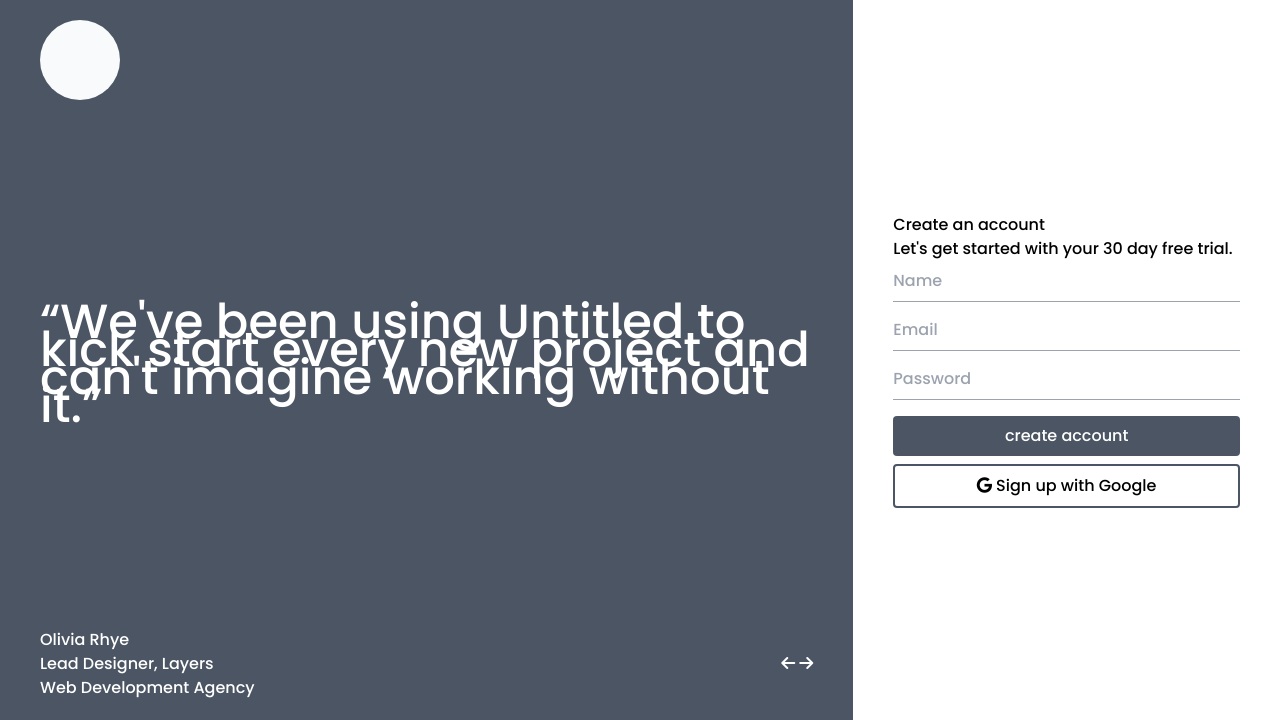
Repository: debthebuilder/youtube-html-contact-form-tailwindcss
Page: contact.html
These files come from the project's save history. The page is drawn as it stood at one moment and after the next save; the edit follows.
The browser window is 1280 px wide. The pictures show the whole page.
Some web libraries are served in a nearby version.

Above is the page before, as saved 2022-08-03 05:54:55.

After the next save:
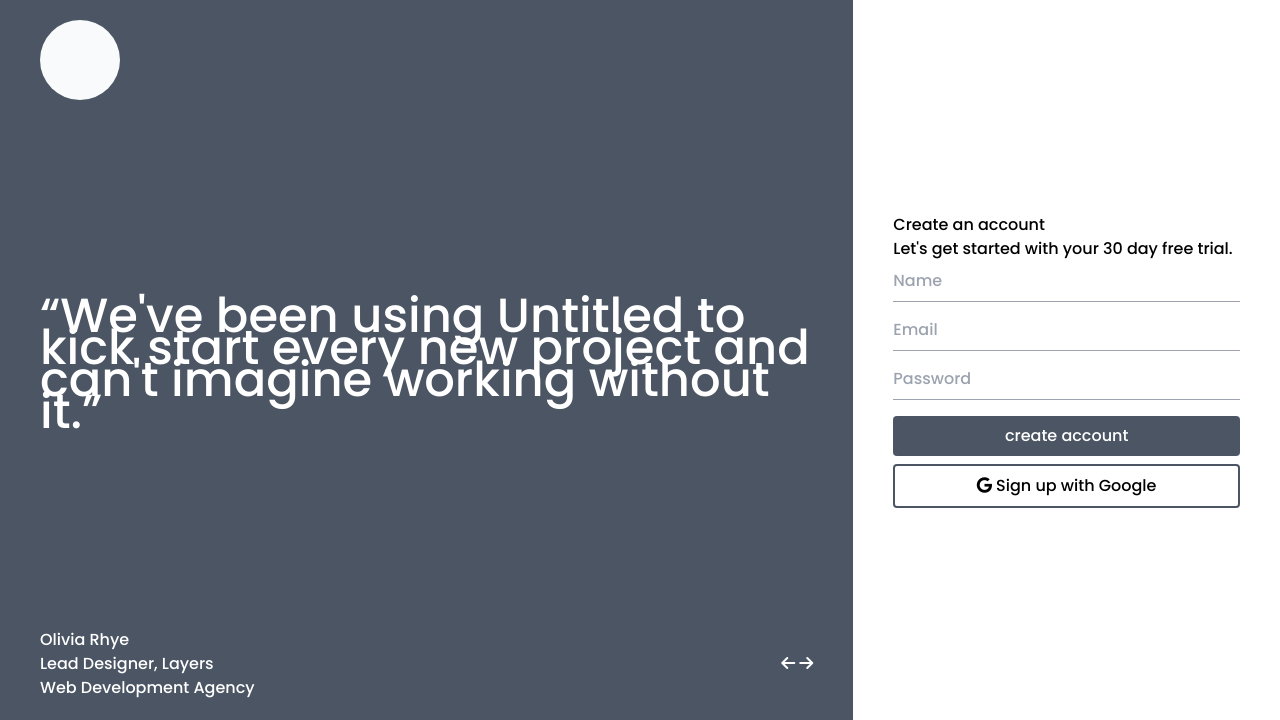
Saved 5 s later.
--- a/contact.html
+++ b/contact.html
@@ -23,7 +23,7 @@
             <a href="#" class="block">
                 <div class="w-20 h-20 bg-gray-50 rounded-full"></div>
             </a>
-            <q class="text-5xl leading-7">We've been using Untitled to kick start every new project and can't imagine working without it.</q>
+            <q class="text-5xl leading-8">We've been using Untitled to kick start every new project and can't imagine working without it.</q>
             <div class="flex flex-row items-center justify-between">
                 <div>
                     <h3>Olivia Rhye</h3>
